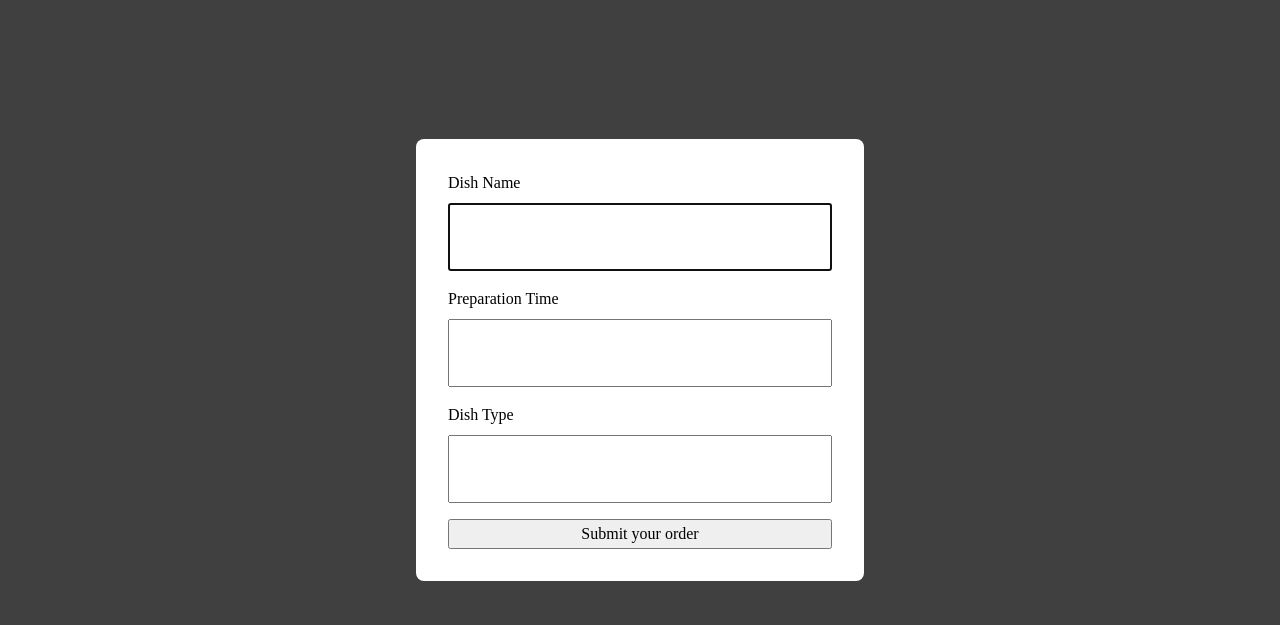
Repository: hjubsoni/hex-ocean-task
Page: /, after clicking the first element matching `button.order-button`
These files come from the project's save history. The page is drawn as it stood at one moment and after the next save; the edit follows.
The browser window is 1280 px wide. The pictures show the whole page.
The project was rebuilt for these pictures with package versions that can differ from the ones it lists, and the page was loaded fresh each time. Also part of the build but not shown: vite.config.ts.

Above is the page before, as saved 2023-03-21 22:30:54.

### index.html
<!DOCTYPE html>
<html lang="en">
  <head>
    <meta charset="UTF-8" />
    <link rel="icon" type="image/svg+xml" href="/vite.svg" />
    <meta
      name="viewport"
      content="width=device-width, initial-scale=1.0"
    />
    <title>Vite + React + TS</title>
  </head>
  <body>
    <div id="root"></div>
    <script type="module" src="/src/main.tsx"></script>
  </body>
</html>

### src/App.tsx
import React from 'react';
import './App.css';
import { ShoppingBag } from 'react-feather';
import ModalForm from './components/ModalForm';

function App() {
  const [isModalOpen, setIsModalOpen] = React.useState(false);

  const toggleIsOpenModal = () => {
    setIsModalOpen(!isModalOpen);
  };

  return (
    <>
      <div className="wrapper">
        <button className="order-button" onClick={toggleIsOpenModal}>
          <div className="icon-wrapper">
            <ShoppingBag color="white" />
          </div>
          <span className="order-button-text">Order</span>
        </button>
      </div>
      {isModalOpen && <ModalForm handleDismiss={toggleIsOpenModal} />}
    </>
  );
}

export default App;

### src/index.css
*,
*::before,
*::after {
  box-sizing: border-box;
}

* {
  margin: 0;
}

html,
body,
#root {
  height: 100%;
}

body {
  line-height: 1.5;
  -webkit-font-smoothing: antialiased;
}

img,
picture,
video,
canvas,
svg {
  display: block;
  max-width: 100%;
}

input,
button,
textarea,
select {
  font: inherit;
}

p,
h1,
h2,
h3,
h4,
h5,
h6 {
  overflow-wrap: break-word;
}

#root,
#__next {
  isolation: isolate;
}

### src/App.css
.wrapper {
  height: 100%;
  display: flex;
  justify-content: center;
  align-items: center;
}

.order-button {
  display: flex;
  width: 180px;
  height: 2.625rem;
  align-items: center;
  padding: 4px 8px;
  gap: 8px;
  border-radius: 8px;
  background: #184fee;
  cursor: pointer;
  border: none;
}

.order-button-text {
  font-size: 1.5rem;
  color: white;
  margin-left: auto;
  margin-right: auto;
}

.icon-wrapper {
  animation-duration: 2s;
}

.order-button:hover > .icon-wrapper {
  animation-name: bounce;
  animation-timing-function: cubic-bezier(0.28, 0.84, 0.42, 1);
}
@keyframes bounce {
  0% {
    transform: scale(1, 1) translateY(0);
  }
  10% {
    transform: scale(1.1, 0.9) translateY(0);
  }
  30% {
    transform: scale(0.9, 1.1) translateY(-5px);
  }
  50% {
    transform: scale(1.05, 0.95) translateY(0);
  }
  57% {
    transform: scale(1, 1) translateY(-2px);
  }
  64% {
    transform: scale(1, 1) translateY(0);
  }
  100% {
    transform: scale(1, 1) translateY(0);
  }
}

### src/components/ModalForm/index.tsx
export { default } from './ModalForm';

### src/components/ModalForm/ModalForm.tsx
import React from 'react';
import FocusLock from 'react-focus-lock';
import { X } from 'react-feather';
import './styles.css';

function ModalForm({ handleDismiss }: { handleDismiss: () => void }) {
  return (
    <FocusLock>
      <div className="wrapper">
        <div className="backdrop" />
        <form className="modal-form">
          <div>
            <label className="form-label">Dish Name</label>
            <input className="form-input" />
          </div>
          <div>
            <label className="form-label">Preparation Time</label>
            <input className="form-input" />
          </div>
          <div>
            <label className="form-label">Dish Type</label>
            <input className="form-input" />
          </div>
          <button type="submit">Submit your order</button>
        </form>
      </div>
    </FocusLock>
  );
}

export default ModalForm;

### src/components/ModalForm/styles.css
.wrapper {
  position: fixed;
  inset: 0;
  display: grid;
  place-content: center;
  padding: 16px;
}

.backdrop {
  position: absolute;
  inset: 0;
  background: hsl(0deg 0% 0% / 0.75);
}

.modal-form {
  position: relative;
  background: white;
  border-radius: 8px;
  padding: 32px;
  display: flex;
  flex-direction: column;
  gap: 16px;
  width: 100%;
  min-width: 28rem;
}

.form-label {
  display: inline-block;
  font-weight: 500;
}

.form-input {
  display: block;
  padding: 1.25rem;
  margin-top: 0.5rem;
  width: 100%;
}

Loaded but not shown: src/main.tsx (common file)

After the next save:
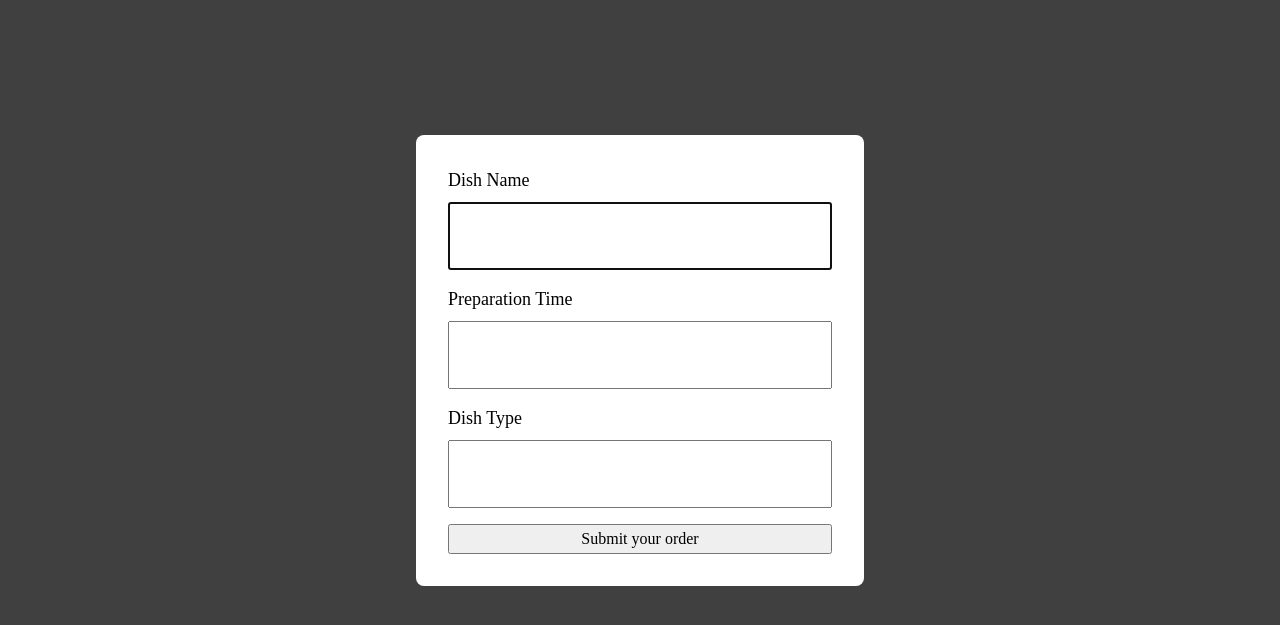
Saved 14 s later.
--- a/src/components/ModalForm/styles.css
+++ b/src/components/ModalForm/styles.css
@@ -27,6 +27,7 @@
 .form-label {
   display: inline-block;
   font-weight: 500;
+  font-size: large;
 }
 
 .form-input {
